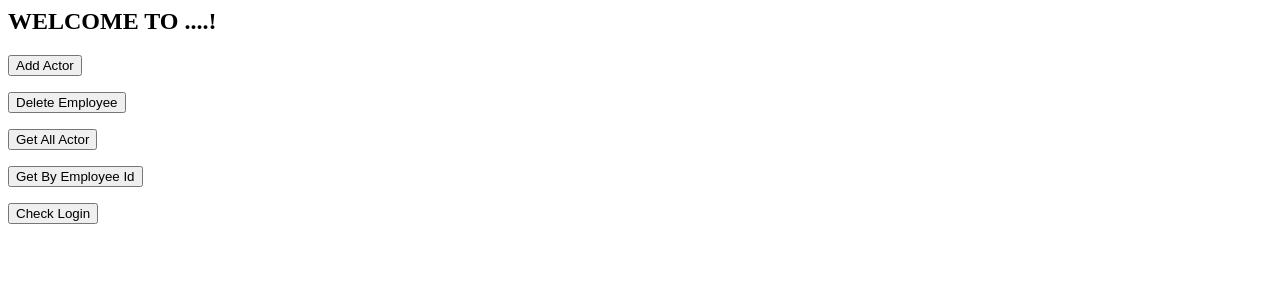
Repository: anoop600/discussionAll
Page: http://localhost/DiscussionMCV/
An editor plug-in stored every save of this project. The page is shown before and after the next save, followed by the edit.
The browser window is 1280 px wide. The pictures show the whole page.
The page is served by Tomcat 9.

Above is the page before, as saved 2019-01-03 05:29:37.

After the next save:
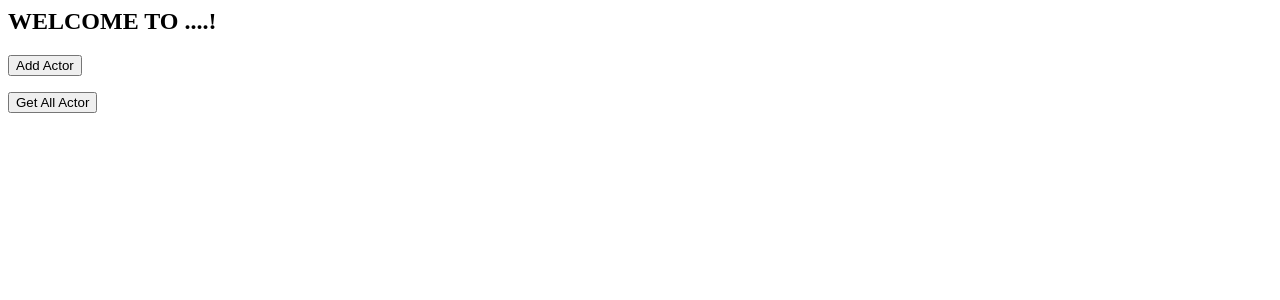
Saved 5 min 47 s later.
--- a/DiscussionMCV/src/main/webapp/index.jsp
+++ b/DiscussionMCV/src/main/webapp/index.jsp
@@ -4,18 +4,11 @@
 	<form action="addActor1.html">
 		<input type="submit" value="Add Actor" />
 	</form>
-	<form action="deleteEmp1.html">
-		<input type="submit" value="Delete Employee" />
-	</form>
+
 	<form action="getAllActorDetails1.html">
 		<input type="submit" value="Get All Actor" />
 	</form>
-	<form action="getByEmpId1.html">
-		<input type="submit" value="Get By Employee Id" />
-	</form>
-	<form action="checkLogin1.html">
-		<input type="submit" value="Check Login" />
-	</form>
+
 
 </body>
 </html>
